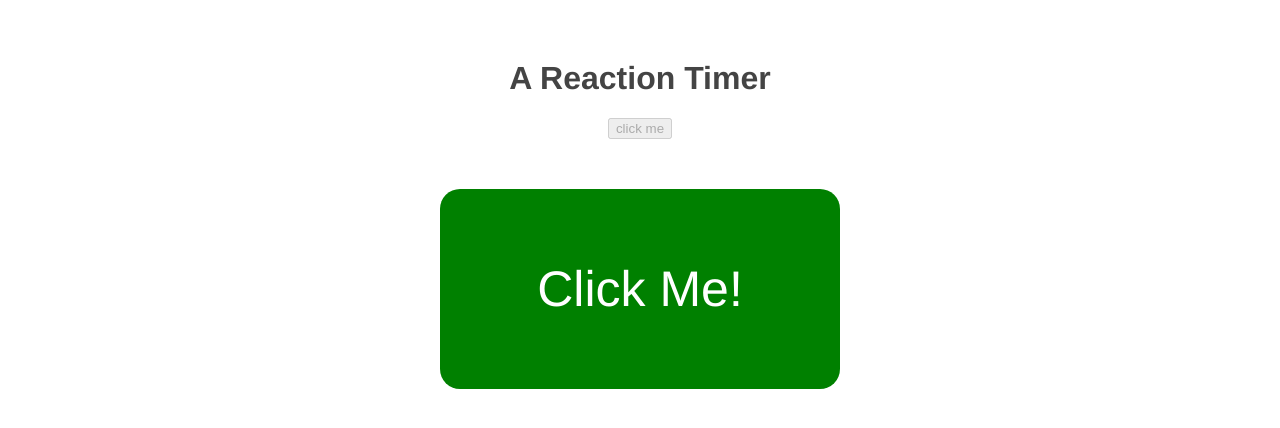
Repository: qudos4real/reaction-timer
Page: /, after clicking the first element matching `button`
The author's editor kept a copy of each file at every save. The page is drawn from the files as they stood at one save, then again after the next save.
The browser window is 1280 px wide. The pictures show the whole page.
The project was rebuilt for these pictures with package versions that can differ from the ones it lists, and the page was loaded fresh each time. Also part of the build but not shown: vue.config.js.

Above is the page before, as saved 2022-12-27 22:55:47.

After the next save:
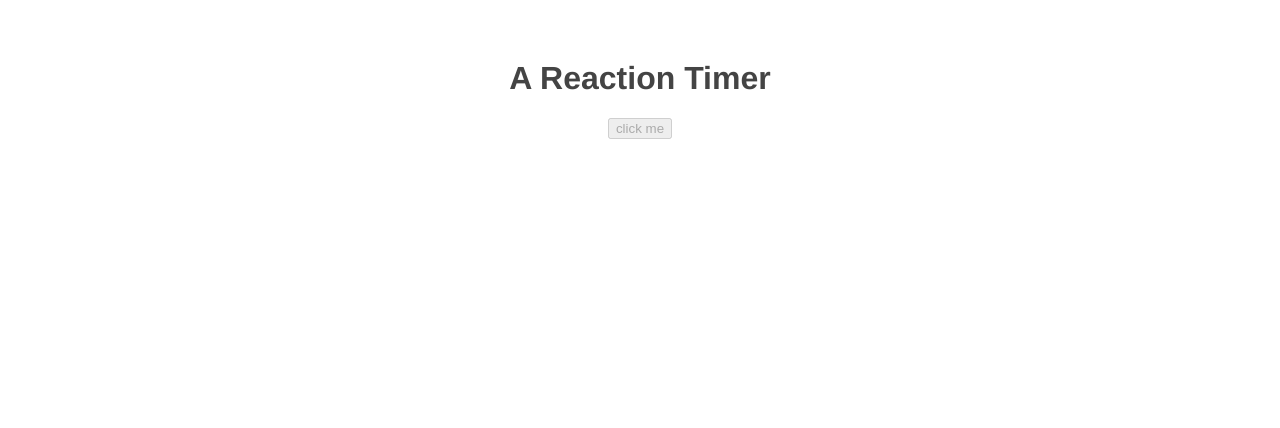
Saved 9 s later.
--- a/src/components/Block.vue
+++ b/src/components/Block.vue
@@ -16,7 +16,7 @@
     console.log(this.delay);
     setTimeout(() => {
         this.showBlock = true;
-    }, 1000)
+    }, 10000)
 }
 }
 </script>

After the save that followed:
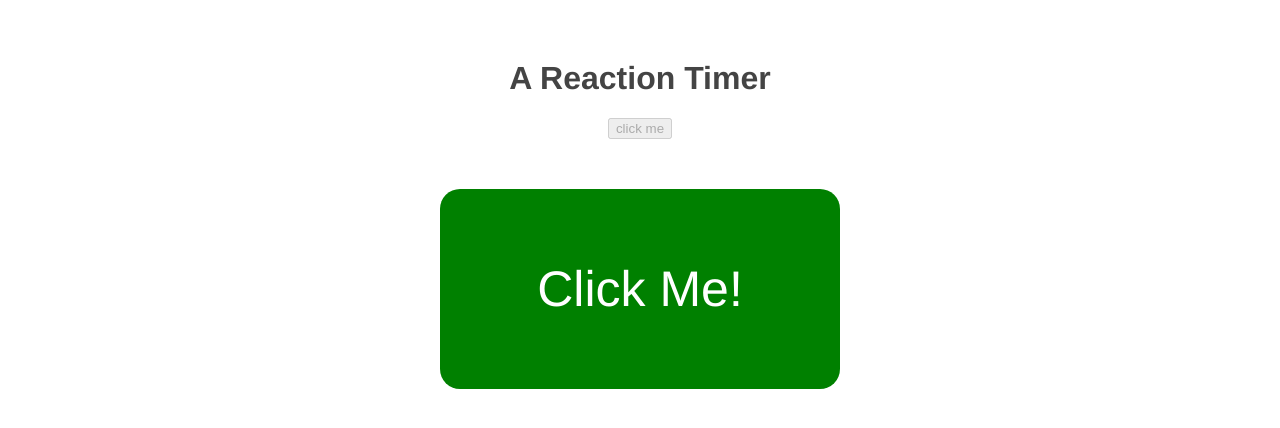
Saved 23 s later.
--- a/src/components/Block.vue
+++ b/src/components/Block.vue
@@ -16,7 +16,7 @@
     console.log(this.delay);
     setTimeout(() => {
         this.showBlock = true;
-    }, 10000)
+    }, this.delay)
 }
 }
 </script>
